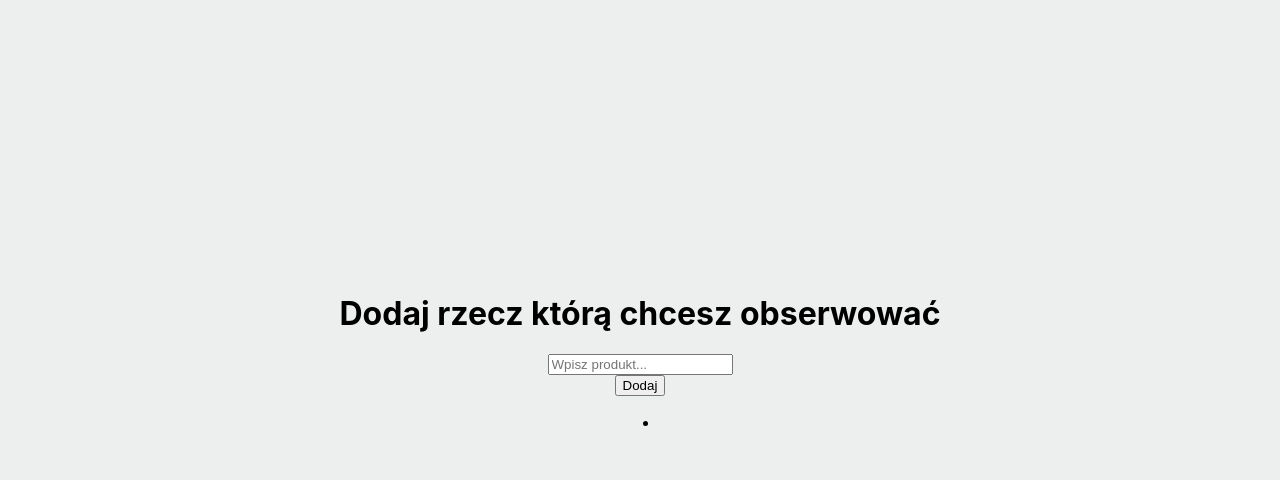
Repository: matedoo/crawler
Page: /MainApp
The author's editor kept a copy of each file at every save. The page is drawn from the files as they stood at one save, then again after the next save.
The browser window is 1280 px wide. The pictures show the whole page.
The project was rebuilt for these pictures with package versions that can differ from the ones it lists, and the page was loaded fresh each time. Requests to the local data server were answered from the project's data file. Also part of the build but not shown: src/Components/button.js, src/Components/LoginComponents/LoginApp.js, src/Components/LoginComponents/RegisterApp.js, src/Components/btnContainer.js, src/Components/heading.js, src/Components/LoginComponents/StartApp.js, src/Components/MainApp/MainAppElement.js.

Above is the page before, as saved 2020-04-27 18:02:34.

After the next save:
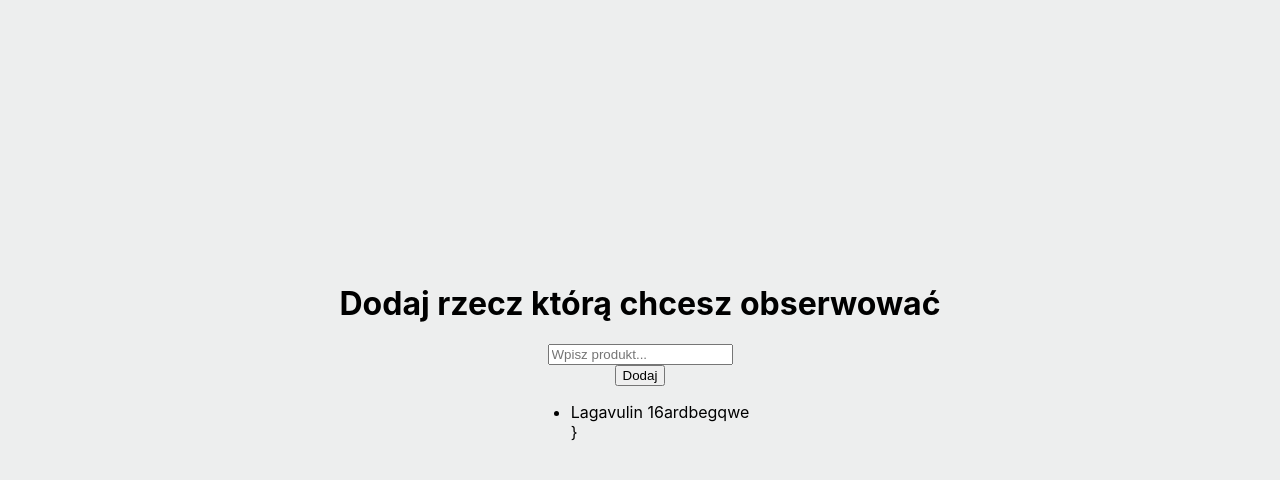
Saved 47 s later.
--- a/src/Components/MainApp/MainApp.js
+++ b/src/Components/MainApp/MainApp.js
@@ -106,7 +106,7 @@ function MainApp(props) {
         <div>
         <ul>
         {/* {fetchedData.title} */}
-        {<li item={fetchedData.title} value={fetchedData.id} ></li>}
+        <li value={fetchedData.id} >{fetchedData.title} </li>}
         </ul>
         </div>
       </LoginAppStyled>
